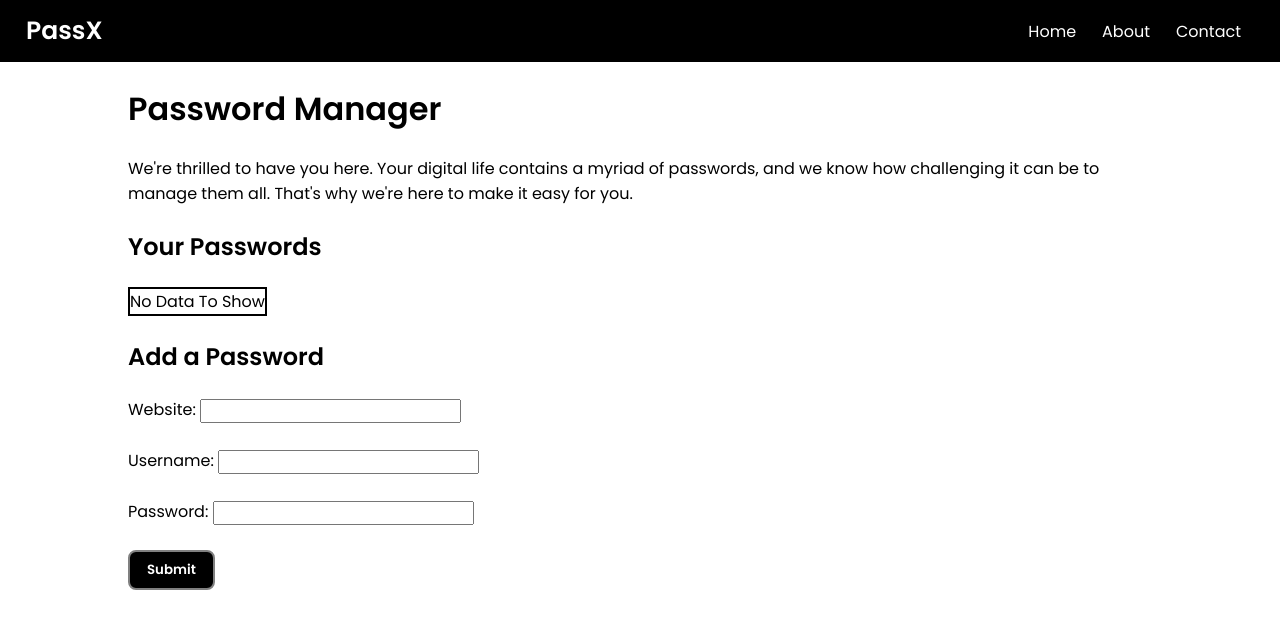
Repository: Abhi2807ar/PASSWORD-MANAGER
Page: index.html
An editor plug-in stored every save of this project. The page is shown before and after a run of saves, followed by the edit.
The browser window is 1280 px wide. The pictures show the whole page.

Above is the page before, as saved 2024-10-14 19:05:31.

After the next 3 saves:
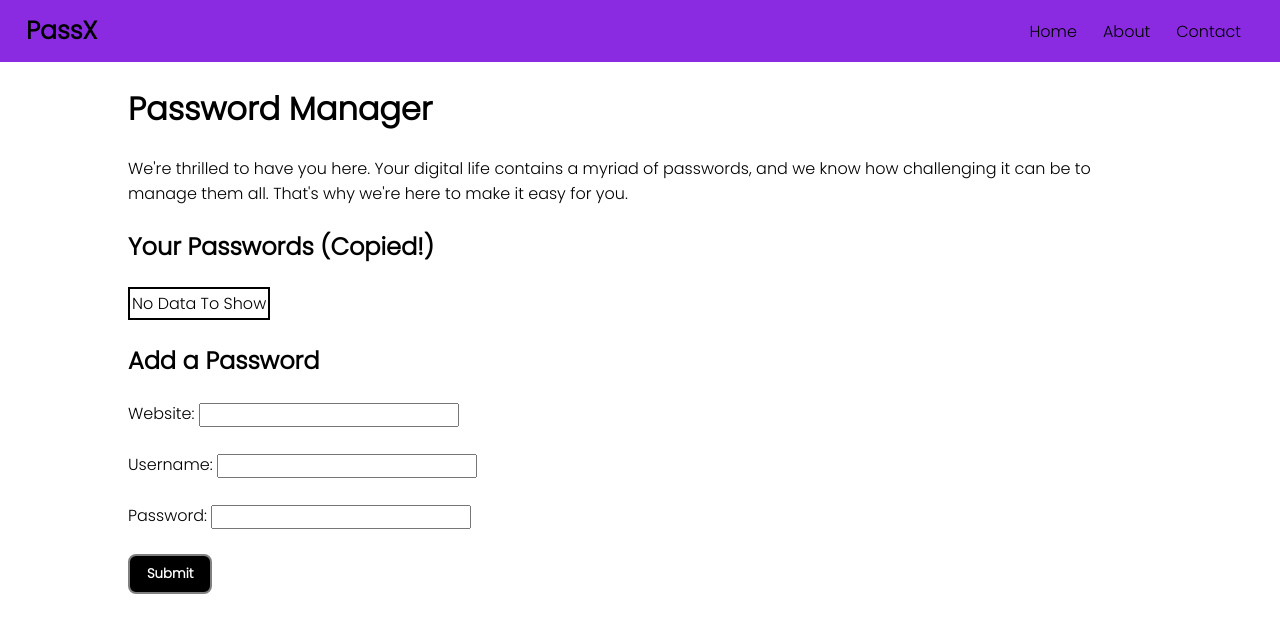
The 3 saves are shown as one change because they came seconds apart.
The last was saved 19 s later.
--- a/style.css
+++ b/style.css
@@ -1,88 +1,72 @@
-@import url('https://fonts.googleapis.com/css2?family=Noto+Sans:ital,wght@0,700;1,300&family=Poppins:wght@300;400;600&display=swap');
 
-* {
-    margin: 0;
-    padding: 0;
-    font-family: 'Noto Sans', sans-serif;
-    font-family: 'Poppins', sans-serif;
-}
-
-nav {
-    background-color: black;
-    color: white;
-    padding: 12px 3px;
-    display: flex;
-    justify-content: space-between;
-}
-
-.logo{
-    margin: 0 23px;
+@import url('https://fonts.googleapis.com/css2?family=Poppins:wght@200;300&display=swap');
+*{
+    margin:0;
+    padding:0;
+    font-family: "Poppins", sans-serif;;
+ }
+ nav{ background-color: blueviolet;
+    padding:12px 3px;
+    display:flex;
+    justify-content:space-between;
+ }
+ .logo{
+    margin:0 23px;
     font-weight: 800;
-    font-size: 25px;
-    cursor: pointer;
-}
-
-ul {
-    display: flex;
+    font-size:25px;
+ }
+ ul{
+    display:flex;
     margin: 0 23px;
     align-items: center;
-}
 
-ul > li {
-    list-style: none;
-    margin: 0 13px;
-    cursor: pointer;
-}
-
-ul > li:hover{
-    color: white;
+ }
+ ul > li{
+    list-style:none;
+     margin:0 13px;
+     cursor:pointer;
+ }
+ ul > li:hover{
+    color:white;
+ }
+ table {
+    border:2px solid black
 
 }
-
-table, td, tr{
-    border: 2px solid black;
-    border-collapse: collapse;
-    padding: 5px 13px;
-}
-
-.container {
+.container{
     max-width: 80vw;
     margin: 23px auto;
 }
+h1,h2,h3{
+    margin:23px 0;
+}
+.btn{
+    padding:8px 17px;
+    background:black;
+    color:white;
+    font-weight: 900;
+    border:2px solid grey;
+    border-radius:8px;
+    margin:25px 0;
+    cursor:pointer;
+}
+.btnsm{
+    background:black;
+    color:white;
+    font-weight: 900;
+    border:2px solid grey;
+    border-radius:8px;
+    margin:25px 0;
+    cursor:pointer;
 
-h1, h2, h3 {
-    margin: 23px 0;
 }
-
-.btn{
-    padding: 8px 17px;
-    background: black;
-    color: white;
-    font-weight: 900;
-    border: 2px solid gray;
-    border-radius: 8px;
-    margin: 25px 0;
-    cursor: pointer;
-}
-
-.btnsm{
-    padding: 8px 17px;
-    background: black;
-    color: white;
-    font-weight: 900;
-    border: 2px solid gray;
-    border-radius: 8px;
-    cursor: pointer;
-}
-
 img{
-    cursor: pointer;
+    cursor:pointer;
     position: relative;
     bottom: 7px;
-    width: 15px;
+    width:15px;
     height: 13px;
 }
-
-#alert{
-    display: none;
+.alert{
+    display:nonel
 }

After the 5 saves that followed:
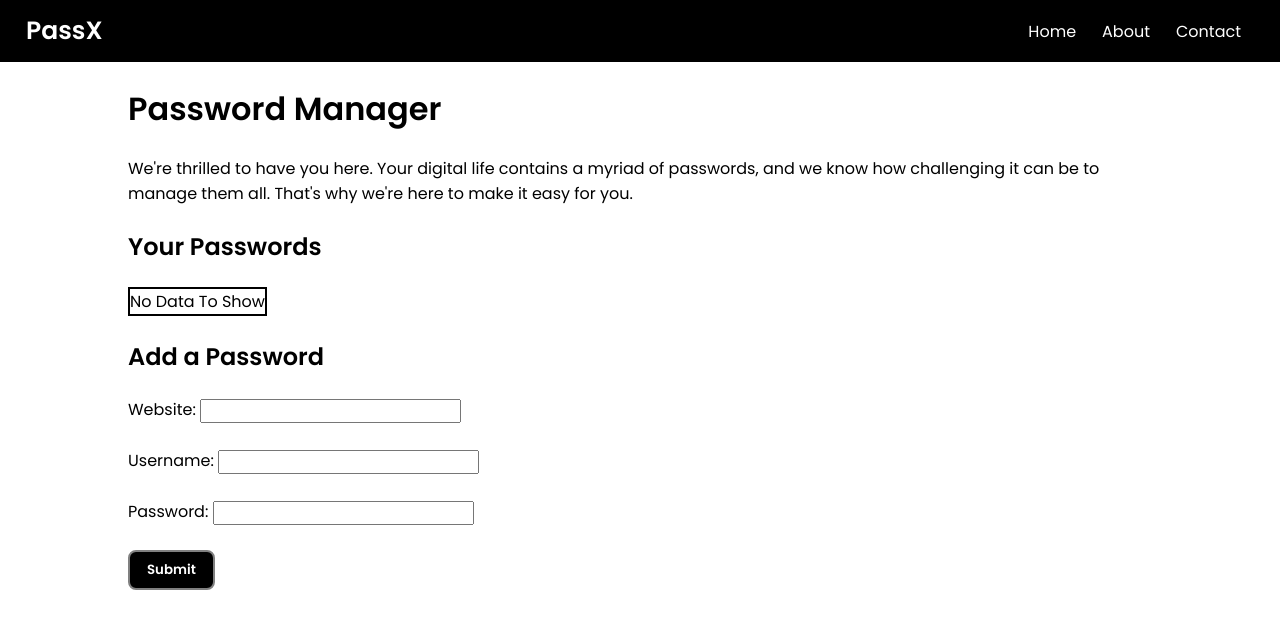
The 5 saves are shown as one change because 2 left the picture as it was and some came seconds apart.
The last was saved 41 s later.
--- a/style.css
+++ b/style.css
@@ -1,72 +1,102 @@
+@import url('https://fonts.googleapis.com/css2?family=Noto+Sans:ital,wght@0,700;1,300&family=Poppins:wght@300;400;600&display=swap');
 
-@import url('https://fonts.googleapis.com/css2?family=Poppins:wght@200;300&display=swap');
-*{
-    margin:0;
-    padding:0;
-    font-family: "Poppins", sans-serif;;
- }
- nav{ background-color: blueviolet;
-    padding:12px 3px;
-    display:flex;
-    justify-content:space-between;
- }
- .logo{
-    margin:0 23px;
+* {
+    margin: 0;
+    padding: 0;
+    font-family: 'Noto Sans', sans-serif;
+    font-family: 'Poppins', sans-serif;
+}
+
+nav {
+    background-color: black;
+    color: white;
+    padding: 12px 3px;
+    display: flex;
+    justify-content: space-between;
+}
+
+.logo{
+    margin: 0 23px;
     font-weight: 800;
-    font-size:25px;
- }
- ul{
-    display:flex;
+    font-size: 25px;
+    cursor: pointer;
+}
+
+ul {
+    display: flex;
     margin: 0 23px;
     align-items: center;
+}
 
- }
- ul > li{
-    list-style:none;
-     margin:0 13px;
-     cursor:pointer;
- }
- ul > li:hover{
-    color:white;
- }
- table {
-    border:2px solid black
+ul > li {
+    list-style: none;
+    margin: 0 13px;
+    cursor: pointer;
+}
+
+ul > li:hover{
+    color: white;
 
 }
-.container{
+
+table, td, tr{
+    border: 2px solid black;
+    border-collapse: collapse;
+    padding: 5px 13px;
+}
+
+.container {
     max-width: 80vw;
     margin: 23px auto;
 }
-h1,h2,h3{
-    margin:23px 0;
+
+h1, h2, h3 {
+    margin: 23px 0;
 }
+
 .btn{
-    padding:8px 17px;
-    background:black;
-    color:white;
+    padding: 8px 17px;
+    background: black;
+    color: white;
     font-weight: 900;
-    border:2px solid grey;
-    border-radius:8px;
-    margin:25px 0;
-    cursor:pointer;
+    border: 2px solid gray;
+    border-radius: 8px;
+    margin: 25px 0;
+    cursor: pointer;
 }
+
 .btnsm{
-    background:black;
-    color:white;
+    padding: 8px 17px;
+    background: black;
+    color: white;
     font-weight: 900;
-    border:2px solid grey;
-    border-radius:8px;
-    margin:25px 0;
-    cursor:pointer;
+    border: 2px solid gray;
+    border-radius: 8px;
+    cursor: pointer;
+}
 
-}
 img{
-    cursor:pointer;
+    cursor: pointer;
     position: relative;
     bottom: 7px;
-    width:15px;
+    width: 15px;
     height: 13px;
 }
-.alert{
-    display:nonel
+
+#alert{
+    display: none;
 }
+
+img:hover {
+    transform: rotate(10deg); /* Slight rotate effect on hover */
+}
+.btnsm:hover {
+    background: #ff5722;
+    border-color: #ff9800;
+    transform: translateY(-2px); /* Lift effect */
+}
+.btn:hover {
+    background: #ff5722; /* Vibrant hover color */
+    border-color: #ff9800;
+    transform: translateY(-2px); /* Lift effect */
+}
